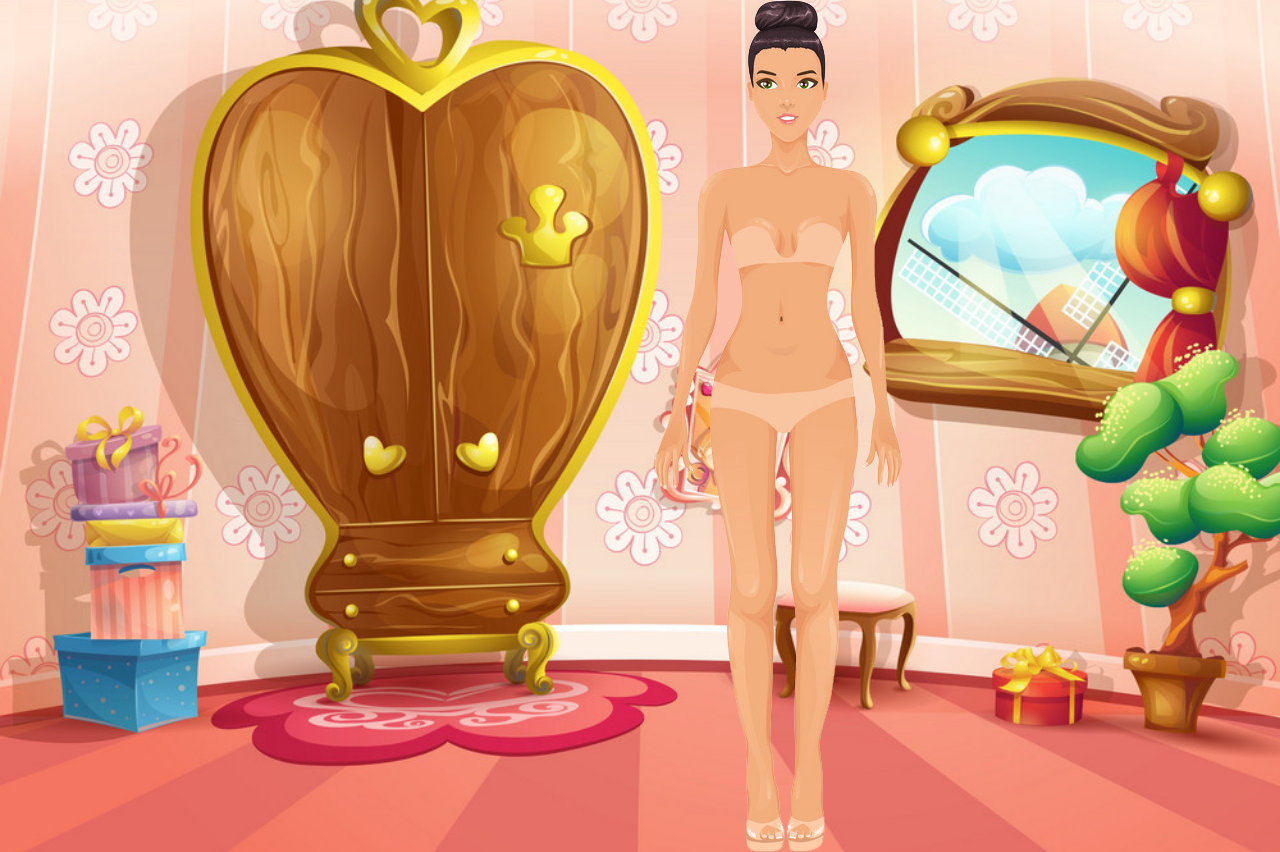
Repository: bunbubam/GameThayDoReactjs_NguyenKhacNghia
Page: /
An editor plug-in stored every save of this project. The page is shown before and after the next save, followed by the edit.
The browser window is 1280 px wide. The pictures show the whole page.
The project was rebuilt for these pictures with package versions that can differ from the ones it lists, and the page was loaded fresh each time.

Above is the page before, as saved 2022-03-30 14:47:50.

### public/index.html
<!doctype html>
<html lang="en">
  <head>
    <title>GameThaydo</title>
    <!-- Required meta tags -->
    <meta charset="utf-8">
    <meta name="viewport" content="width=device-width, initial-scale=1, shrink-to-fit=no">

    <!-- Bootstrap CSS -->
    <link rel="stylesheet" href="https://stackpath.bootstrapcdn.com/bootstrap/4.3.1/css/bootstrap.min.css" integrity="sha384-ggOyR0iXCbMQv3Xipma34MD+dH/1fQ784/j6cY/iJTQUOhcWr7x9JvoRxT2MZw1T" crossorigin="anonymous">
  </head>
  <body>
    <div id="root"></div>
    <!-- Optional JavaScript -->
    <!-- jQuery first, then Popper.js, then Bootstrap JS -->
    <script src="https://code.jquery.com/jquery-3.3.1.slim.min.js" integrity="sha384-q8i/X+965DzO0rT7abK41JStQIAqVgRVzpbzo5smXKp4YfRvH+8abtTE1Pi6jizo" crossorigin="anonymous"></script>
    <script src="https://cdnjs.cloudflare.com/ajax/libs/popper.js/1.14.7/umd/popper.min.js" integrity="sha384-UO2eT0CpHqdSJQ6hJty5KVphtPhzWj9WO1clHTMGa3JDZwrnQq4sF86dIHNDz0W1" crossorigin="anonymous"></script>
    <script src="https://stackpath.bootstrapcdn.com/bootstrap/4.3.1/js/bootstrap.min.js" integrity="sha384-JjSmVgyd0p3pXB1rRibZUAYoIIy6OrQ6VrjIEaFf/nJGzIxFDsf4x0xIM+B07jRM" crossorigin="anonymous"></script>
  </body>
</html>

### src/App.js
import logo from './logo.svg';
import './App.css';
import Dress from './gamethaydo/dress';

function App() {
  return (
    <Dress></Dress>
  );
}

export default App;

### src/App.css
body {
    background: url(gamethaydo/images/dress-room.jpg) no-repeat;
    background-position: 50% 53%;
    background-size: cover;
}

### src/gamethaydo/dress.js
import React, {Component} from 'react';
import Girl from './images/girl.png';

class Dress extends Component {
    state = {
        img : Girl
    }
    render() {
        return(
            <div className='container-fluid'>
                <div className='dress-main'>
                    <div className='row'>
                        <div className='col-12 col-xl-6'>

                        </div>
                        <div className='col-12 col-xl-6'>
                            <div className='girl'>
                                <img src={this.state.img}/>
                            </div>
                        </div>
                    </div>
                </div>
            </div>
        )
    };
}
export default Dress;

Loaded but not shown: src/index.js (common file); src/index.css (common file); src/reportWebVitals.js (common file)

After the next save:
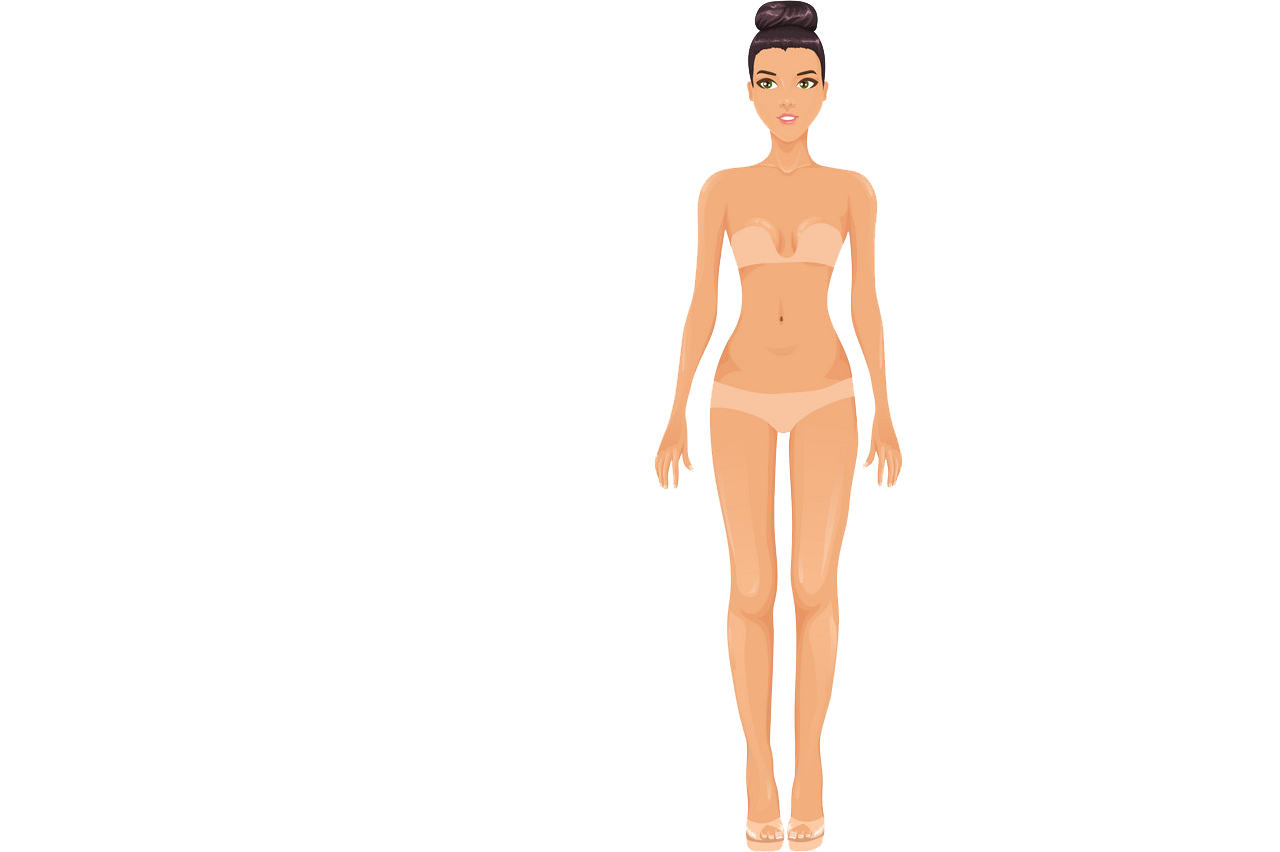
Saved 51 s later.
--- a/src/App.css
+++ b/src/App.css
@@ -1,4 +1,5 @@
-body {
+.dress {
+    height: 100vh;
     background: url(gamethaydo/images/dress-room.jpg) no-repeat;
     background-position: 50% 53%;
     background-size: cover;
